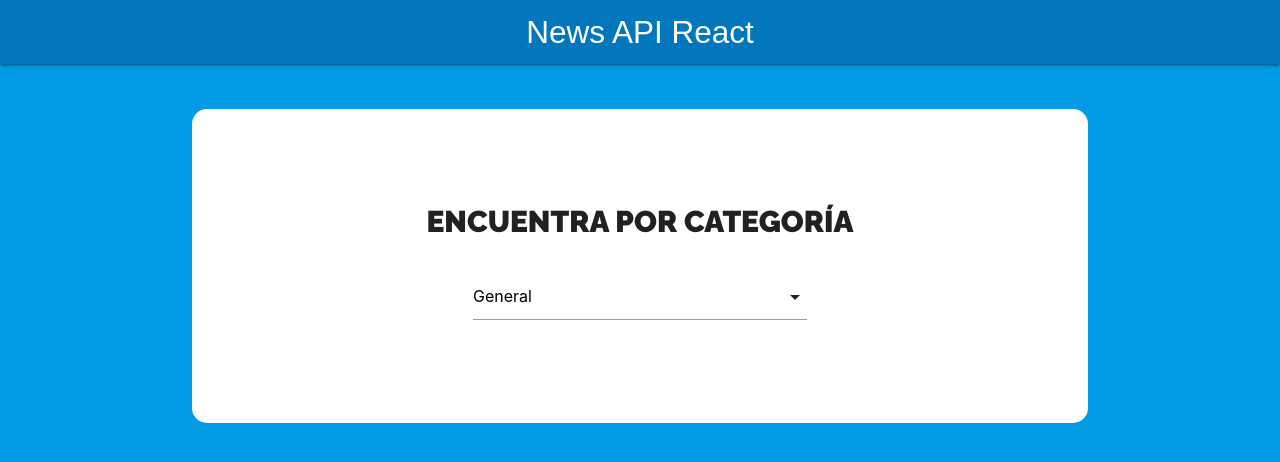
Repository: ppfeliuu/News-API-React
Page: /
The author's editor kept a copy of each file at every save. The page is drawn from the files as they stood at one save, then again after the next save.
The browser window is 1280 px wide. The pictures show the whole page.
The page's requests for data from a server got no answer. The project was rebuilt for these pictures with package versions that can differ from the ones it lists, and the page was loaded fresh each time. No one was signed in, and anything a server would have sent is missing. Also part of the build but not shown: src/components/Noticia.js.

Above is the page before, as saved 2019-06-19 11:48:49.

### public/index.html
<!DOCTYPE html>
<html lang="en">
  <head>
    <meta charset="utf-8" />
    <link rel="shortcut icon" href="%PUBLIC_URL%/logo.png" />
    <meta name="viewport" content="width=device-width, initial-scale=1" />
    <meta name="theme-color" content="#000000" />
    <!--
      manifest.json provides metadata used when your web app is installed on a
      user's mobile device or desktop. See https://developers.google.com/web/fundamentals/web-app-manifest/
    -->
    <link rel="manifest" href="%PUBLIC_URL%/manifest.json" />

    <link rel="stylesheet" href="https://cdnjs.cloudflare.com/ajax/libs/materialize/1.0.0/css/materialize.min.css">
    <link href="https://fonts.googleapis.com/css?family=Raleway:700,900" rel="stylesheet">
    <!--
      Notice the use of %PUBLIC_URL% in the tags above.
      It will be replaced with the URL of the `public` folder during the build.
      Only files inside the `public` folder can be referenced from the HTML.

      Unlike "/favicon.ico" or "favicon.ico", "%PUBLIC_URL%/favicon.ico" will
      work correctly both with client-side routing and a non-root public URL.
      Learn how to configure a non-root public URL by running `npm run build`.
    -->
    <title>React App</title>
  </head>
  <body>
    <noscript>You need to enable JavaScript to run this app.</noscript>
    <div id="root"></div>
    <!--
      This HTML file is a template.
      If you open it directly in the browser, you will see an empty page.

      You can add webfonts, meta tags, or analytics to this file.
      The build step will place the bundled scripts into the <body> tag.

      To begin the development, run `npm start` or `yarn start`.
      To create a production bundle, use `npm run build` or `yarn build`.
    -->
    <script src="https://cdnjs.cloudflare.com/ajax/libs/materialize/1.0.0/js/materialize.min.js"></script>
     <script>
      document.addEventListener('DOMContentLoaded', function() {
          var elements = document.querySelectorAll('select');
          M.FormSelect.init(elements);
      });
    </script>
  </body>
</html>

### src/index.css
body {
  margin: 0;
  padding: 0;
  font-family: sans-serif;
}

body {
  background-color: #039be5;
}
.card-content h3 {
  font-size: 1.4rem;
}
.row {
  display: flex;
  flex-wrap: wrap;
}
.contenedor-noticias {
  padding: 2rem;
  border-radius: 1rem;
  margin-top: 3rem;
}

.buscador {
  margin-top: 2rem;
  margin-bottom: 2rem;
  text-align: left;
}
.buscador label {
  font-size: 2rem;
  color: black;
}
.dropdown-content li>span {
  color: black;
}
.select-wrapper input.select-dropdown:focus {
  border-bottom: 1px solid #e64a19!important;
}
h2 {
  font-family: 'Raleway', sans-serif;
  font-weight: 900;
  font-size: 2rem;
  text-transform: uppercase;
  text-align: center;
}

.card-action .btn {
  width: 100%;
}
.enviar input[type="submit"] {
  width: 100%;
}

.fade-enter {
  opacity: 0;
  transform: scale(1.25);
}
.fade-enter.fade-enter-active {
  opacity: 1;
  transition: all .5s ease-in;
  transform: scale(1);
}

.fade-exit {
  opacity: 1;
  transform: scale(1.25);
}
.fade-exit.fade-exit-active {
  opacity: 0;
  transition: all .5s ease-in;
  transform: scale(1);
}

### src/App.js
import React, { Component, Fragment } from 'react';
import Header from './components/Header';
import ListaNoticias from './components/ListaNoticias'
import Formulario from './components/Formulario'

class App extends Component {
  state = {
    noticias: []
   }

  componentDidMount() {
    this.consultarNoticias();
  }

  consultarNoticias = async (categoria = 'general') => {
    const url = `https://newsapi.org/v2/top-headlines?country=us&category=${categoria}&apiKey=d366c02b66b04ee2bb3309e8e90df583`;

    const respuesta = await fetch(url);
    const noticias = await respuesta.json();

    this.setState({
      noticias: noticias.articles
    })
  }

  render() {
    return (
      <Fragment>
        <Header titulo="News API React"/>
        <div className="container white contenedor-noticias">
            <Formulario
              consultarNoticias={this.consultarNoticias} />
            <ListaNoticias
              noticias={this.state.noticias}
            />
        </div>
      </Fragment>
    );
  }
}


export default App;

### src/components/Header.js
import React from 'react';
import PropTypes from 'prop-types';

const Header = ({titulo}) => (
    <nav className="nav-wrapper light-blue darken-3">
        <span className="brand-logo center">{titulo}</span>
    </nav>
);
Header.propTypes = {
    titulo: PropTypes.string.isRequired
}

export default Header;

### src/components/ListaNoticias.js
import React from 'react';
import Noticia from './Noticia'
import PropTypes from 'prop-types';

const ListaNoticias = ({noticias}) =>
(
    <div className="row">
        {noticias.map(noticia => (
            <Noticia
                key={noticia.url}
                noticia={noticia}
            />
        ))}
    </div>
);

ListaNoticias.propTypes = {
    noticias: PropTypes.array.isRequired
}


export default ListaNoticias;

### src/components/Formulario.js
import React, { Component } from 'react';
import PropTypes from 'prop-types';

class Formulario extends Component {
    state = {
        categoria: 'general'
     }

     cambiarCategoria = e => {
        this.setState({
            categoria: e.target.value
        }, () => {
            this.props.consultarNoticias(this.state.categoria);
        });
     }

    render() {
        return (
            <div className="buscador row">
                <div className="col s12 m8 offset-m2">
                    <form >
                        <h2>Encuentra por categoría</h2>

                        <div className="input-field col s12 m8 offset-m2">
                            <select onChange={this.cambiarCategoria}>
                                <option value="general">General</option>
                                <option value="business">Business</option>
                                <option value="entertainment">Entertainment</option>
                                <option value="health">Health</option>
                                <option value="science">Science</option>
                                <option value="sports">Sports</option>
                                <option value="technology">Technology</option>
                            </select>
                        </div>
                    </form>
                </div>
            </div>
         );
    }
}
Formulario.protoTypes = {
    consultarNoticias: PropTypes.func.isRequired
}

export default Formulario;

Loaded but not shown: src/index.js (common file); src/serviceWorker.js (common file)

After the next save:
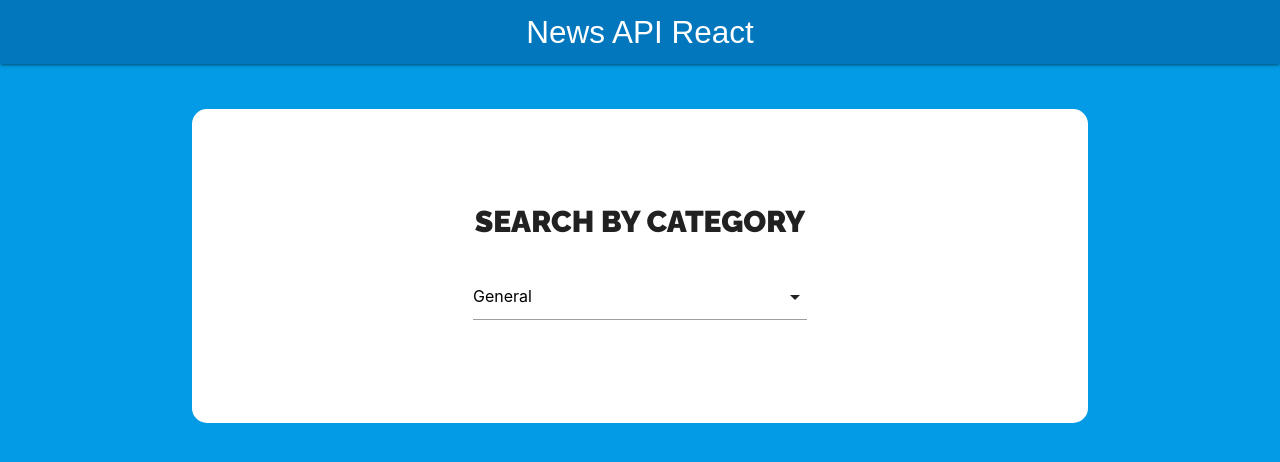
Saved 52 s later.
--- a/src/components/Formulario.js
+++ b/src/components/Formulario.js
@@ -19,7 +19,7 @@ class Formulario extends Component {
             <div className="buscador row">
                 <div className="col s12 m8 offset-m2">
                     <form >
-                        <h2>Encuentra por categoría</h2>
+                        <h2>Search by category</h2>
 
                         <div className="input-field col s12 m8 offset-m2">
                             <select onChange={this.cambiarCategoria}>
